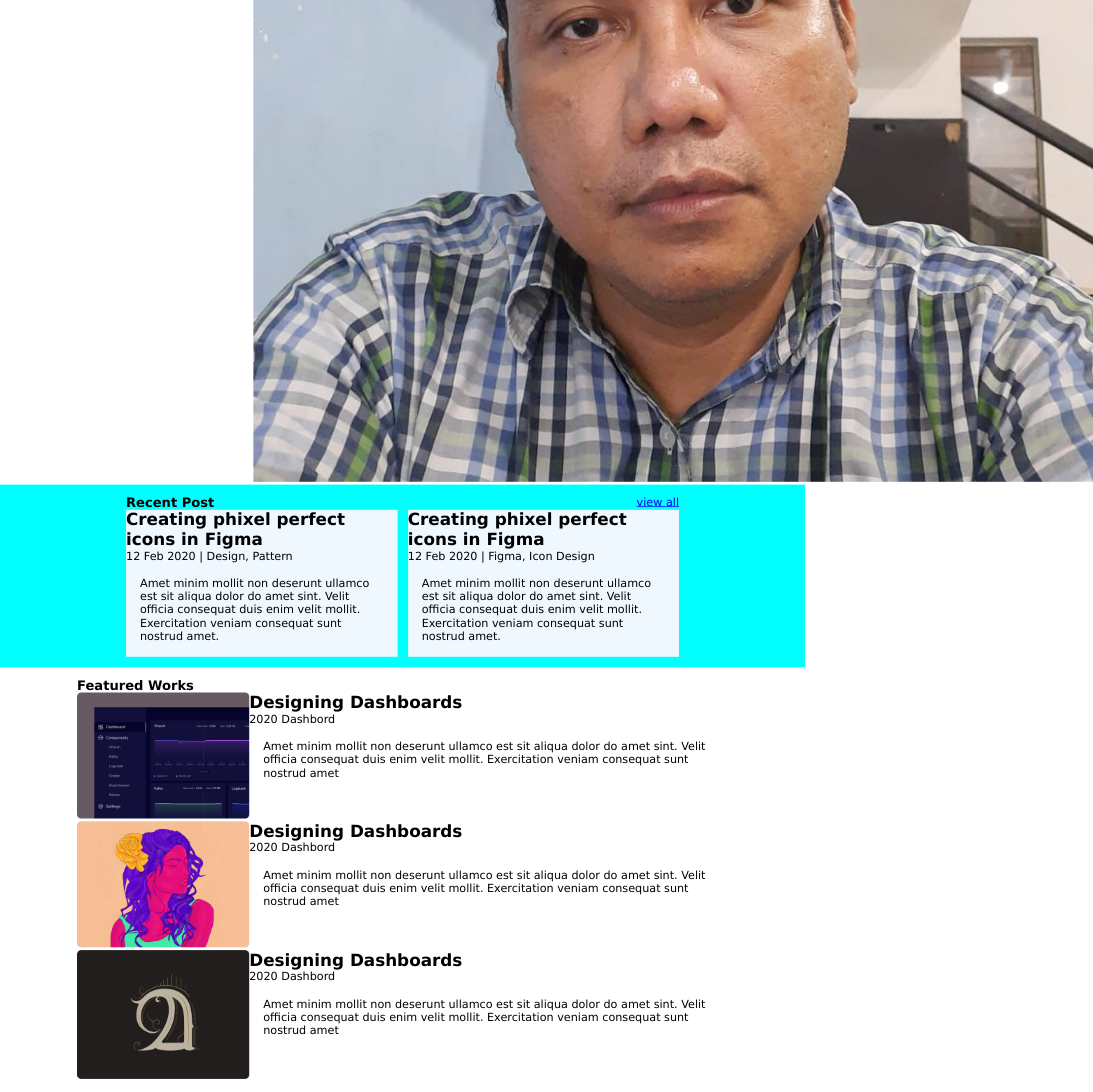
Repository: jafetdn73/portofolio
Page: index.html
An editor plug-in stored every save of this project. The page is shown before and after the next save, followed by the edit.
The browser window is 1280 px wide. The page is 1562 px wide, so the pictures cover 1562 px, including what lies to the right of the window. The pictures show the part of the page from y = 706 to 2266 px (the page is 2266 px tall before and 2170 px after), at 70% of full size.

Above is the page before, as saved 2022-02-23 09:30:26.

After the next save:
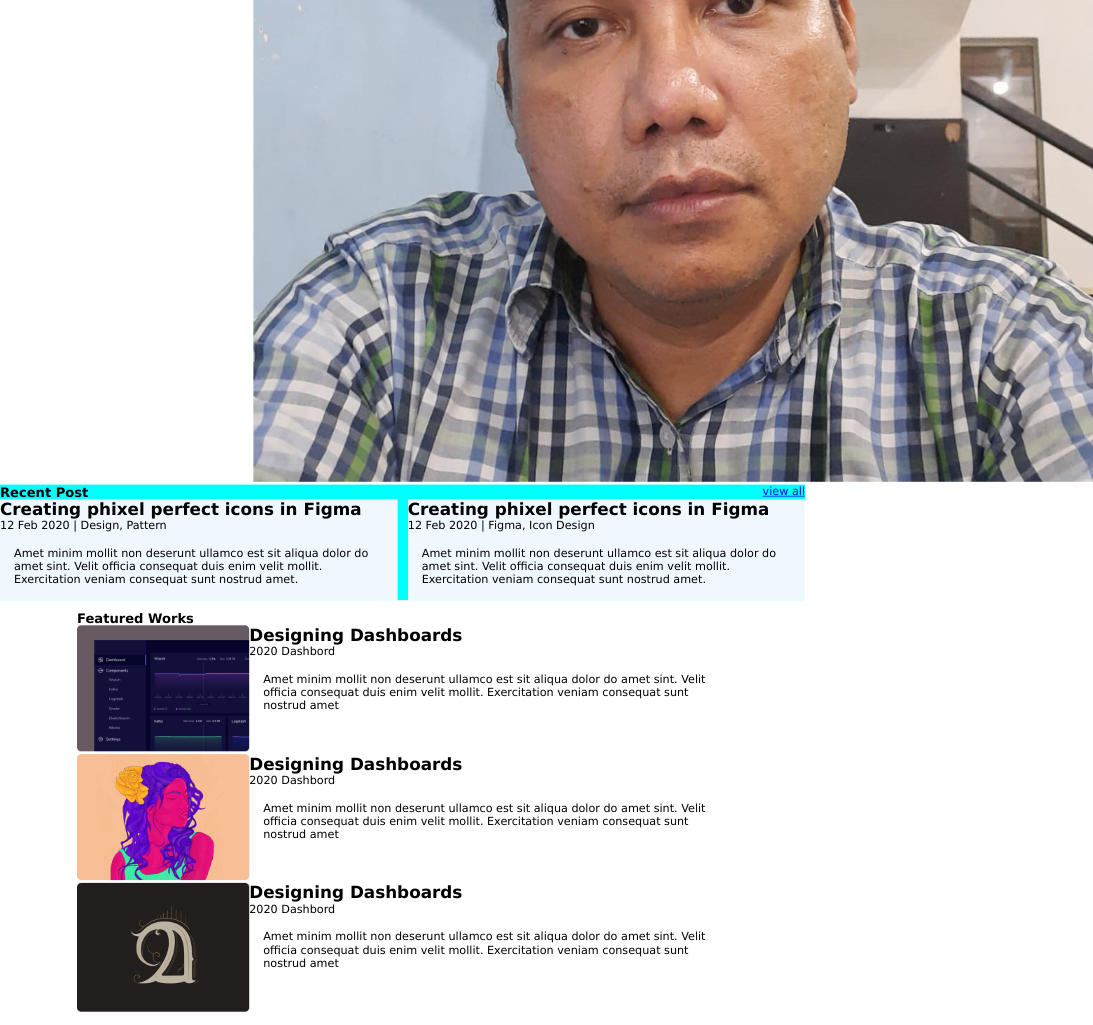
Saved 3 min 26 s later.
--- a/figma.css
+++ b/figma.css
@@ -55,7 +55,7 @@
 /* Start Post */
 .post {
     background-color:aqua;
-    padding:15px 180px;
+
 }
 
 .post-navi {

After the save that followed:
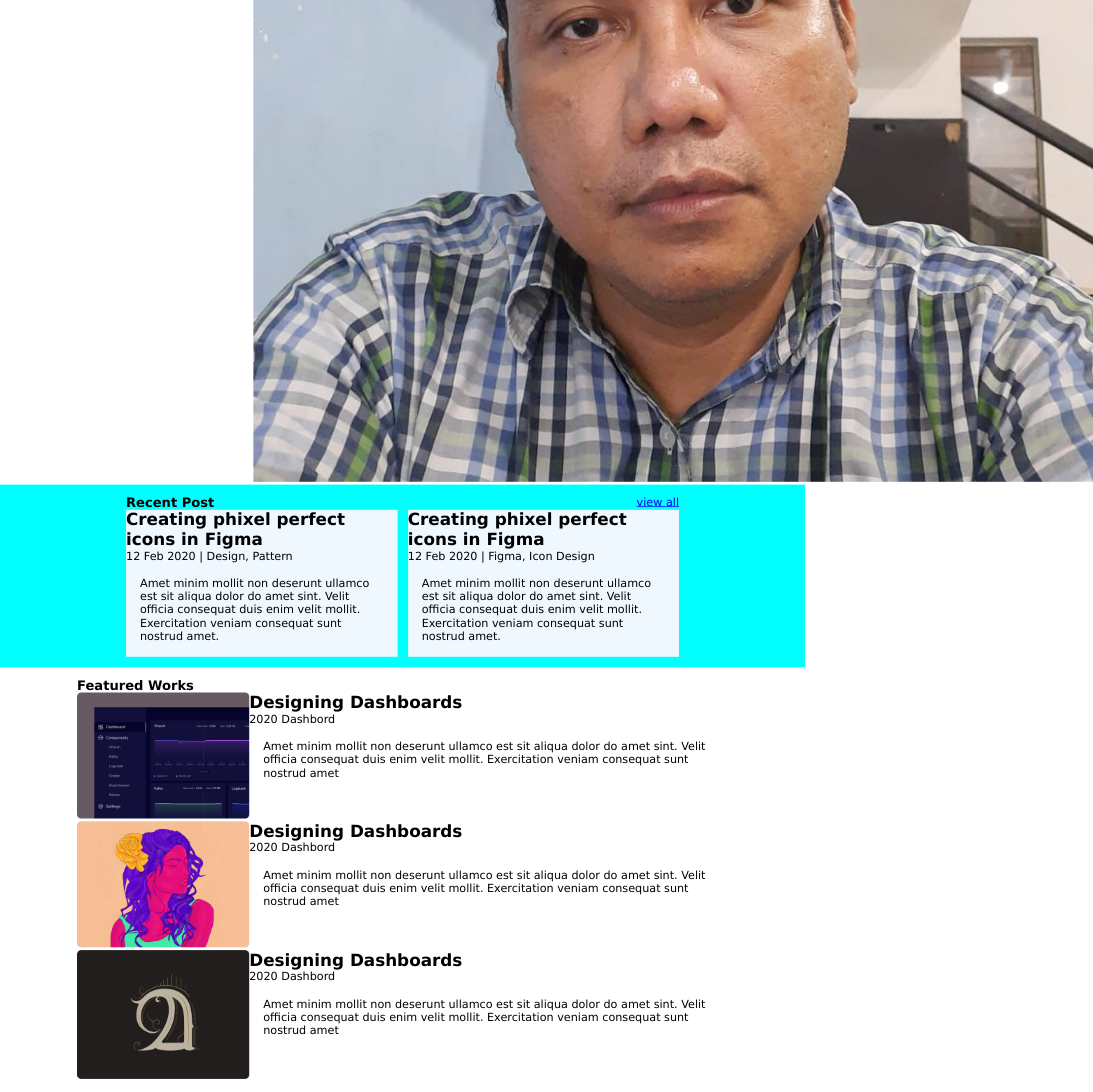
Saved 51 s later.
--- a/figma.css
+++ b/figma.css
@@ -55,7 +55,7 @@
 /* Start Post */
 .post {
     background-color:aqua;
-
+    padding:15px 180px;
 }
 
 .post-navi {
